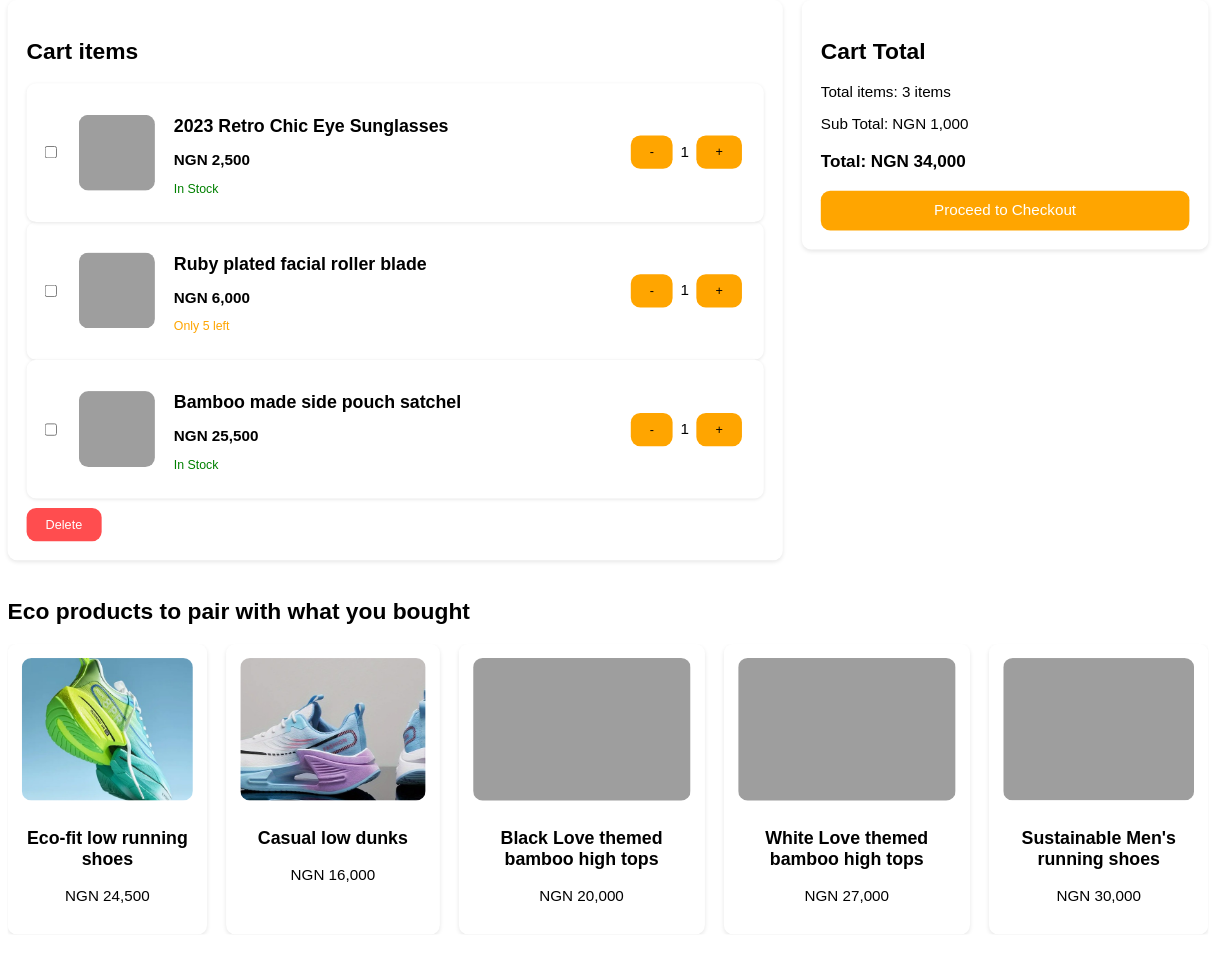
Repository: Femi007-gh/e-commerce
Page: index.html
An editor plug-in stored every save of this project. The page is shown before and after the next save, followed by the edit.
The browser window is 1280 px wide. The pictures show the part of the page from y = 706 to 1730 px (the page is 1730 px tall), at 95% of full size.
Pictures or frames that could not be fetched are drawn as grey boxes. A picture or video elsewhere on the page could not be fetched, so the positions and the page height are approximate.

Above is the page before, as saved 2025-04-29 09:23:40.

### index.html
<html>
    <head>
      <title>Shopping Cart Page</title>
      <link rel="stylesheet" href="style.css">
    </head>
  <body>
    <header>
    <div class="div1">
<div class="top-bar">
  <div class="left">
    <div class="dropdown">
      <button class="dropbtn">Help</button>
    </div>
    <div class="dropdown">
      <button class="dropbtn">English ▼</button>
      <div class="dropdown-content">
        <a href="#">English</a>
        <a href="#">Japanese</a>
        <a href="#">Korean</a>
      </div>
    </div>
  </div>
  <div class="right">
    <div class="dropdown">
      <button class="dropbtn">Nigeria ▼</button>
      <div class="dropdown-content">
        <a href="#">Nigeria</a>
        <a href="#">USA</a>
        <a href="#">China</a>
        </div>
      </div>
     </div>
   </div>
  </div>

<nav class="nav-bar">
  <div class="logo"><img src="terra.jpg" class="ter"></div>
  <div class="search-bar">
    <input type="text" placeholder="Search products, categories, and brands">
    <button>Search</button>
  </div>
  <div class="nav-icons">
    <img src="account.jpg"><a href="#">Account</a>
    <img src="category.jpg"><a href="#">Categories</a>
    <img src="cart.png" class="cat"><a href="#">Cart</a>
  </div>
</nav>


<main class="cart-page">
  <section class="cart-section">
    <h2>Cart items</h2>

    <div class="cart-items">
      <div class="cart-item">
        <input type="checkbox">
        <img src="product1.jpg" alt="Retro Chic Eye Sunglasses">
        <div class="item-details">
          <h3>2023 Retro Chic Eye Sunglasses</h3>
          <p class="price">NGN 2,500</p>
          <p class="stock in-stock">In Stock</p>
        </div>
        <div class="item-quantity">
          <button class="minus">-</button>
          <span>1</span>
          <button>+</button>
        </div>
      </div>
      </div>

      <div class="cart-item">
        <input type="checkbox">
        <img src="product2.jpg" alt="Ruby plated facial roller blade">
        <div class="item-details">
          <h3>Ruby plated facial roller blade</h3>
          <p class="price">NGN 6,000</p>
          <p class="stock low-stock">Only 5 left</p>
        </div>
        <div class="item-quantity">
          <button class="minus">-</button>
          <span>1</span>
          <button>+</button>
        </div>
      </div>

      <div class="cart-item">
        <input type="checkbox">
        <img src="product3.jpg" alt="Bamboo made side pouch satchel">
        <div class="item-details">
          <h3>Bamboo made side pouch satchel</h3>
          <p class="price">NGN 25,500</p>
          <p class="stock in-stock">In Stock</p>
        </div>
        <div class="item-quantity">
          <button class="minus">-</button>
          <span>1</span>
          <button>+</button>
        </div>
      </div>

      <button class="delete-btn">Delete</button>
    </div>
  </section>




<aside class="cart-summary">
  <h2>Cart Total</h2>
  <p>Total items: 3 items</p>
  <p>Sub Total: NGN 1,000</p>
  <p class="total">Total: NGN 34,000</p>
  <button class="checkout-btn">Proceed to Checkout</button>
</aside>
</main>

<section class="recommendation-section">
  <h2>Eco products to pair with what you bought</h2>

  <div class="recommendations">
    <div class="product">
      <img src="low.jpg" alt="Eco-fit low running shoes">
      <h3>Eco-fit low running shoes</h3>
      <p>NGN 24,500</p>
    </div>
    <div class="product">
      <img src="girl.jpg" alt="Casual low dunks">
      <h3>Casual low dunks</h3>
      <p>NGN 16,000</p>
    </div>
    <div class="product">
      <img src="eco3.jpg" alt="Black Love themed bamboo high tops">
      <h3>Black Love themed bamboo high tops</h3>
      <p>NGN 20,000</p>
    </div>
    <div class="product">
      <img src="eco4.jpg" alt="White Love themed bamboo high tops">
      <h3>White Love themed bamboo high tops</h3>
      <p>NGN 27,000</p>
    </div>
    <div class="product">
      <img src="eco5.jpg" alt="Sustainable Men's running shoes">
      <h3>Sustainable Men's running shoes</h3>
      <p>NGN 30,000</p>
    </div>
  </div>
</section>
  </body>
</html>

### style.css
body{
  font-family: Arial;
}
.div1{
  background-color: #595959;
  width: 101%;
  height: 50px;
  margin-left: -10px;
  margin-top: -10px;
}
.top-bar {
  background-color:  #595959;
  color: white;
  padding: 10px 20px;
  display: flex;
  justify-content: space-between;
  font-size: 14px;
}

.top-bar .left, .top-bar .right {
  display: flex;
  align-items: center;
}

.dropdown {
  position: relative;
  margin-right: 20px;
}

.dropbtn {
  background: none;
  border: none;
  color: white;
  cursor: pointer;
  font-size: 14px;
}

.dropdown-content {
  display: none;
  position: absolute;
  background-color: white;
  color:  #595959;
  min-width: 100px;
  border-radius: 5px;
  box-shadow: 0px 8px 16px rgba(0,0,0,0.2);
  z-index: 1;
}

.dropdown-content a {
  padding: 8px 12px;
  display: block;
  text-decoration: none;
  color: black;
}

.dropdown-content a:hover {
  background-color: #f1f1f1;
}

.dropdown:hover .dropdown-content {
  display: block;
}

.nav-icons a {
  margin-left: 20px;
  text-decoration: none;
  color: #333;
  font-weight: 600;
}


/* Nav bar */
.nav-bar {
  display: flex;
  justify-content: space-between;
  align-items: center;
  background: white;
  padding: 15px 20px;
  margin-bottom: 20px;
  border-radius: 10px;
}

.nav-bar .logo {
  font-weight: 700;
  font-size: 24px;
}

.search-bar {
  flex: 1;
  margin: 0 20px;
  display: flex;
}

.search-bar input {
  flex: 1;
  padding: 8px 12px;
  border: 1px solid #ccc;
  border-right: none;
  border-radius: 10px 0 0 10px;
  height: 40px;
}

.search-bar button {
  padding: 8px 20px;
  background-color: orange;
  color: white;
  border: none;
  border-radius: 0 10px 10px 0;
  cursor: pointer;
}

.nav-icons a {
  margin-left: 20px;
  text-decoration: none;
  color: #333;
}



/* Cart summary */
.cart-summary {
  flex: 1;
  background: white;
  padding: 20px;
  border-radius: 10px;
  box-shadow: 0 2px 5px rgba(0,0,0,0.1);
  height: fit-content;
}

.cart-summary h2 {
  margin-bottom: 20px;
}

.cart-summary p {
  margin-bottom: 10px;
}

.cart-summary .total {
  font-weight: bold;
  font-size: 18px;
  margin: 20px 0;
}

.checkout-btn {
  background-color: orange;
  color: white;
  width: 100%;
  padding: 12px;
  border: none;
  border-radius: 10px;
  cursor: pointer;
  font-size: 16px;
}


/* Cart page */
.cart-page {
  display: flex;
  gap: 20px;
  margin-bottom: 40px;
}

.cart-section {
  flex: 2;
  background: white;
  padding: 20px;
  border-radius: 10px;
  box-shadow: 0 2px 5px rgba(0,0,0,0.1);
}

.cart-section h2 {
  margin-bottom: 20px;
}

.cart-items {
  display: flex;
  flex-direction: column;
  gap: 20px;
}

.cart-item {
  display: flex;
  align-items: center;
  gap: 20px;
  background: white;
  padding: 15px;
  border-radius: 10px;
  box-shadow: 0 1px 4px rgba(0,0,0,0.1);
}

.cart-item img {
  width: 80px;
  height: 80px;
  object-fit: cover;
  border-radius: 10px;
}

.item-details {
  flex: 1;
}

.item-details h3 {
  margin-bottom: 5px;
}

.item-details .price {
  font-weight: bold;
  margin-bottom: 5px;
}

.item-details .stock {
  font-size: 13px;
}

.stock.in-stock {
  color: green;
}

.stock.low-stock {
  color: orange;
}

.quantity-controls span {
  font-size: 18px;
}

.delete-btn {
  background: #ff4d4f;
  color: white;
  padding: 10px 20px;
  border: none;
  border-radius: 10px;
  cursor: pointer;
  margin-top: 10px;
}



.item-quantity {
  display: flex;
  align-items: center;
}

.item-quantity button {
  background-color: orange;
  border: none;
  padding: 10px 20px;
  margin: 0 0.5rem;
  border-radius: 10px;
}

.delete-cart {
  text-align: right;
  margin-top: 1rem;
}

.ter {
  height: 100px;
  width: 120px;
  margin-left: -30px;
}

/* Recommendation section */
.recommendation-section {
  margin-bottom: 40px;
}

.recommendation-section h2 {
  margin-bottom: 20px;
}

.recommendations {
  display: flex;
  gap: 20px;
  overflow-x: auto;
}

.product {
  background: white;
  padding: 15px;
  border-radius: 10px;
  box-shadow: 0 2px 5px rgba(0,0,0,0.1);
  min-width: 180px;
  text-align: center;
}

.product img {
  width: 100%;
  height: 150px;
  object-fit: cover;
  margin-bottom: 10px;
  border-radius: 10px;
}

.cat {
  height: 30px;
}

After the next save:
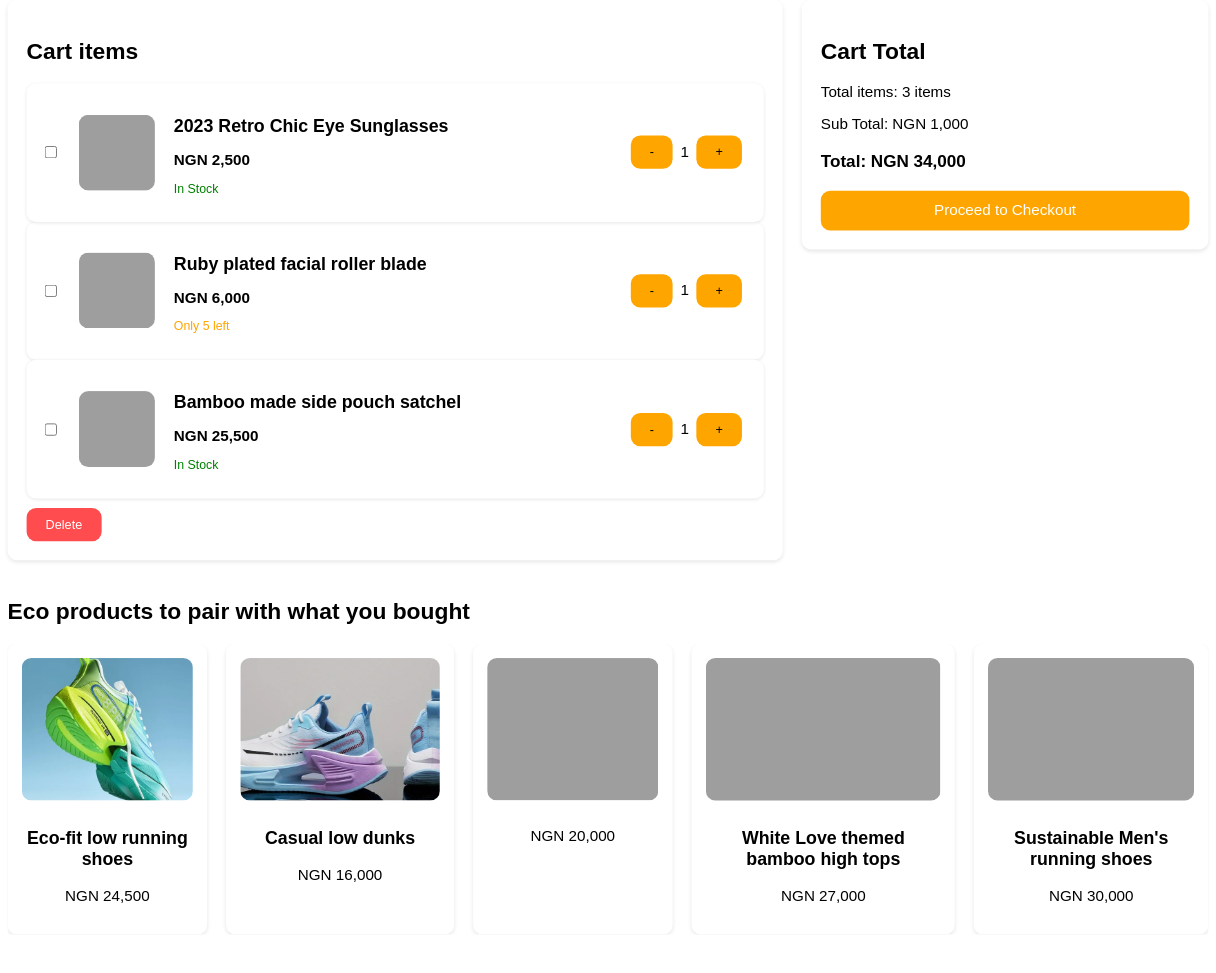
Saved 96 s later.
--- a/index.html
+++ b/index.html
@@ -130,7 +130,7 @@
     </div>
     <div class="product">
       <img src="eco3.jpg" alt="Black Love themed bamboo high tops">
-      <h3>Black Love themed bamboo high tops</h3>
+      <h3></h3>
       <p>NGN 20,000</p>
     </div>
     <div class="product">
